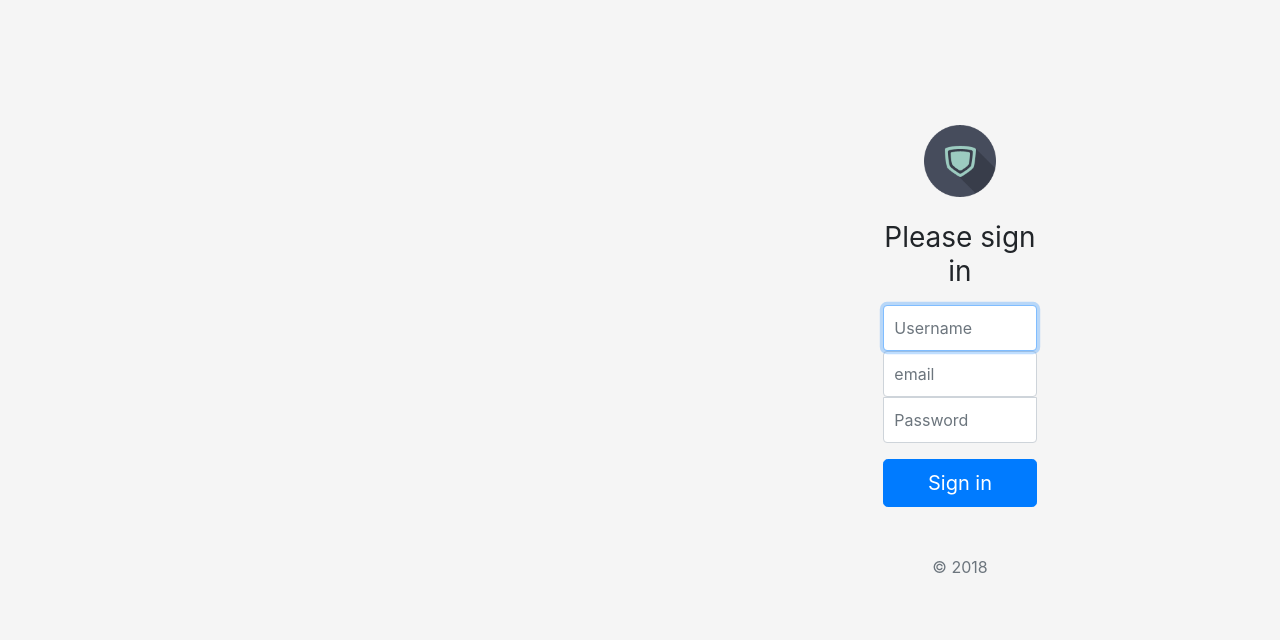
Repository: DonWhelan/Request-Hub
Page: http://localhost/userRegister.php
The author's editor kept a record of every edit. The page is drawn from the files as they stood at one moment, then again after the next edit.
The browser window is 1280 px wide. The pictures show the whole page.
The page is run by PHP 8.4 with error messages shown; the project is at /var/www/html/.

Above is the page before.

After the next edit:
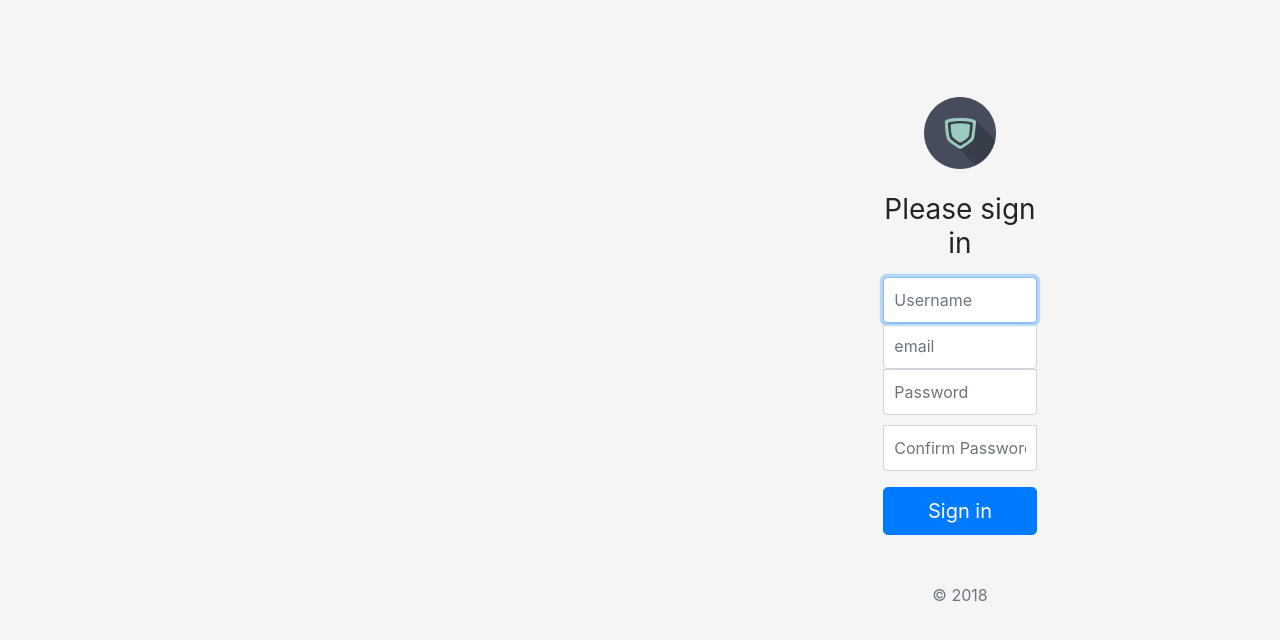
The edit:
--- a/userRegister.php
+++ b/userRegister.php
@@ -37,6 +37,7 @@
                     <input type="text" class="form-control" name="email" placeholder="email" required=""/>
                     <label for="inputPassword" class="sr-only">Password</label>
                     <input type="password" class="form-control" name="password" placeholder="Password" required=""/>
+			        <input type="password" class="form-control" name="passwordmatch" placeholder="Confirm Password" required=""/>
                     <div class="checkbox mb-3">
                     </div>
                     <button class="btn btn-lg btn-primary btn-block" type="submit" value="Login">Sign in</button>
